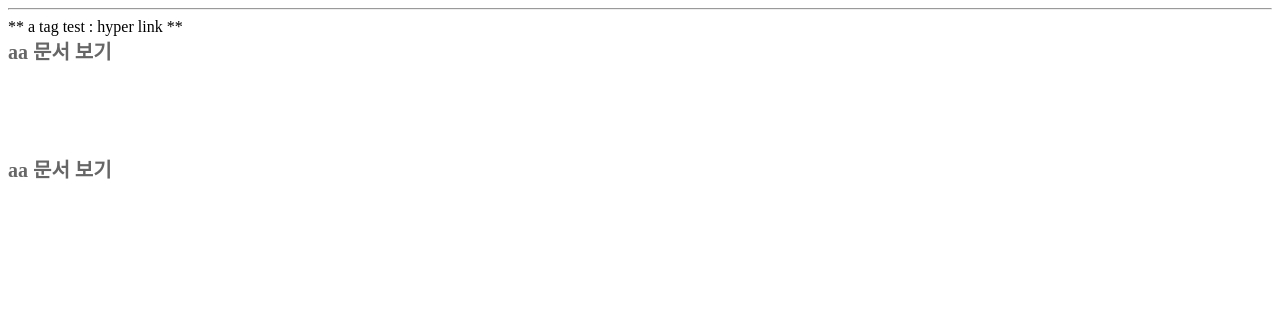
Repository: lsgsg/lsgsg
Page: wsou/webBasic/WebContent/cc.html
These files come from the project's save history. The page is drawn as it stood at one moment and after the next save; the edit follows.
The browser window is 1280 px wide. The pictures show the whole page.

Above is the page before, as saved 2018-08-14 03:49:18.

After the next save:
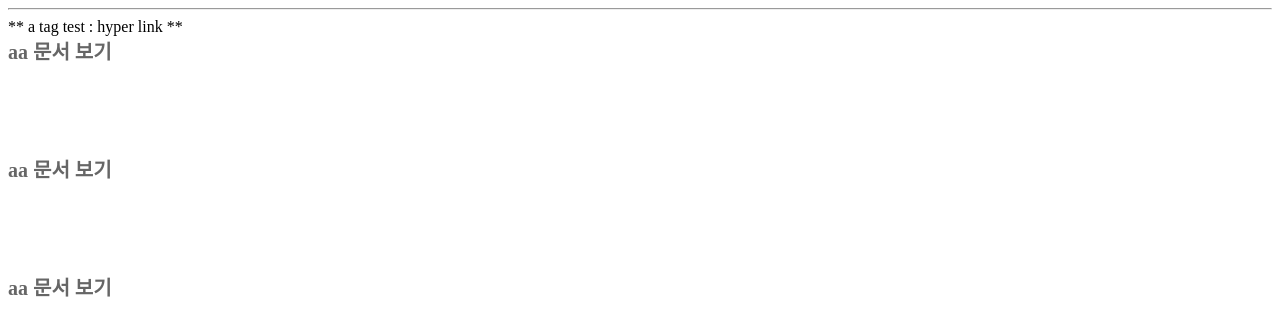
Saved 11 s later.
--- a/wsou/webBasic/WebContent/cc.html
+++ b/wsou/webBasic/WebContent/cc.html
@@ -36,5 +36,6 @@
 ** a tag test : hyper link ** <br>
 <a href="aa.html"> aa 문서 보기 </a> </br>
 <a href="aa.html" target = "_new"> aa 문서 보기 </a></br>
+<a href="aa.html" target = "_blank"> aa 문서 보기 </a></br>
 </body>
 </html>
